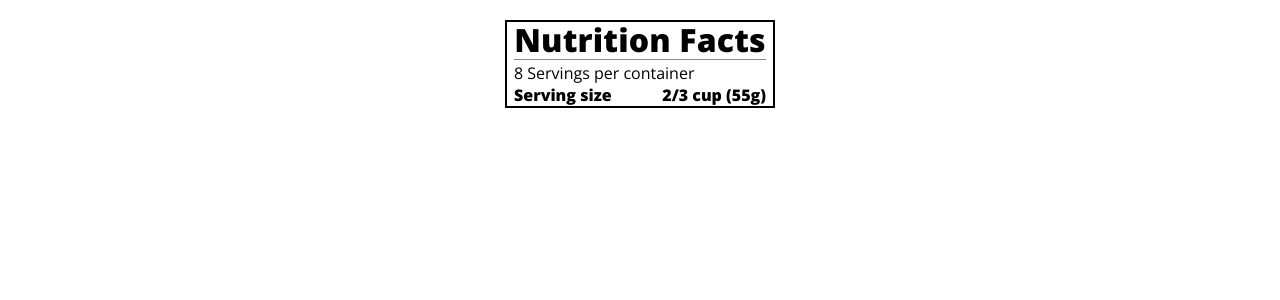
Repository: Lungdjos/typography
Page: index.html
These files come from the project's save history. The page is drawn as it stood at one moment and after the next save; the edit follows.
The browser window is 1280 px wide. The pictures show the whole page.

Above is the page before, as saved 2023-10-28 01:13:56.

After the next save:
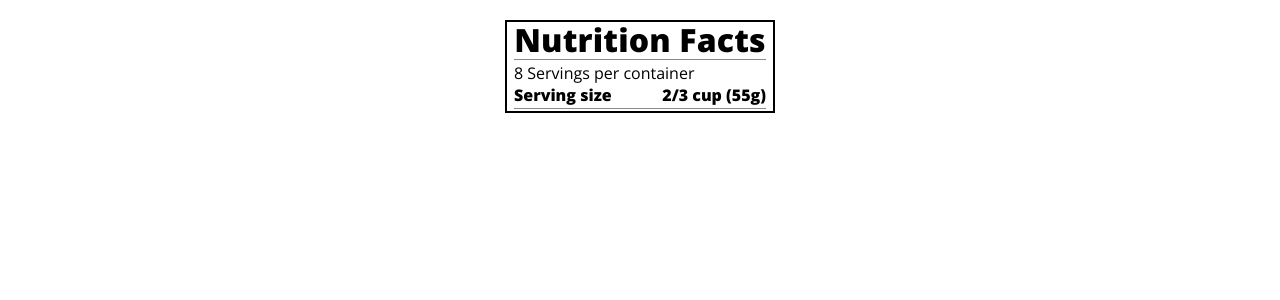
Saved 37 s later.
--- a/index.html
+++ b/index.html
@@ -17,7 +17,7 @@
             <p>8 Servings per container</p>
             <p class="bold">Serving size <span>2/3 cup (55g)</span></p>
         </header>
-        <div class="divider-large"></div>
+        <div class="divider large"></div>
     </div>
 
 </body>
